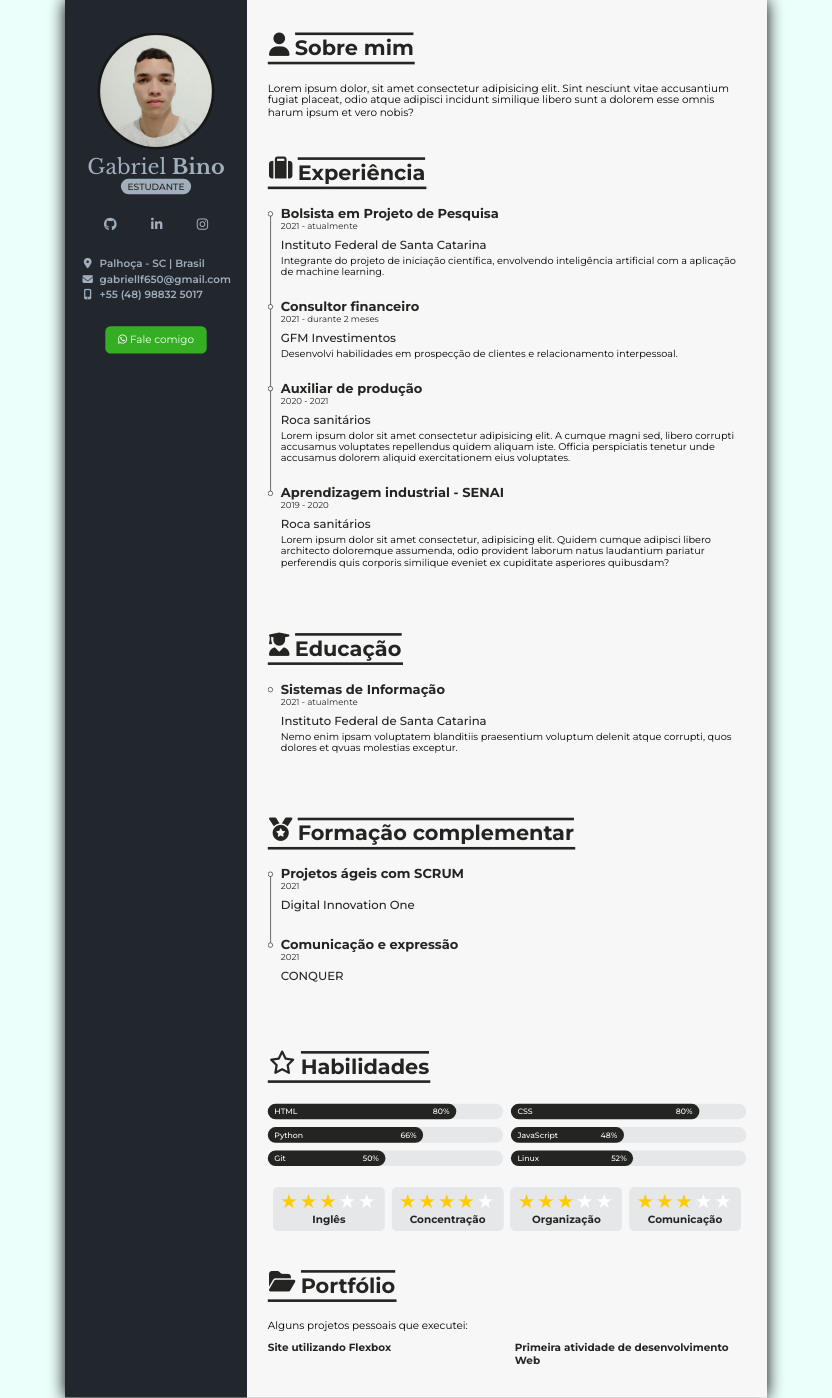
Repository: gabrielbino/curriculoResponsivo
Page: index.html
An editor plug-in stored every save of this project. The page is shown before and after the next save, followed by the edit.
The browser window is 1280 px wide. The pictures show the whole page, at 65% of full size.
Some web libraries are served in a nearby version.

Above is the page before, as saved 2021-10-20 23:12:27.

After the next save:
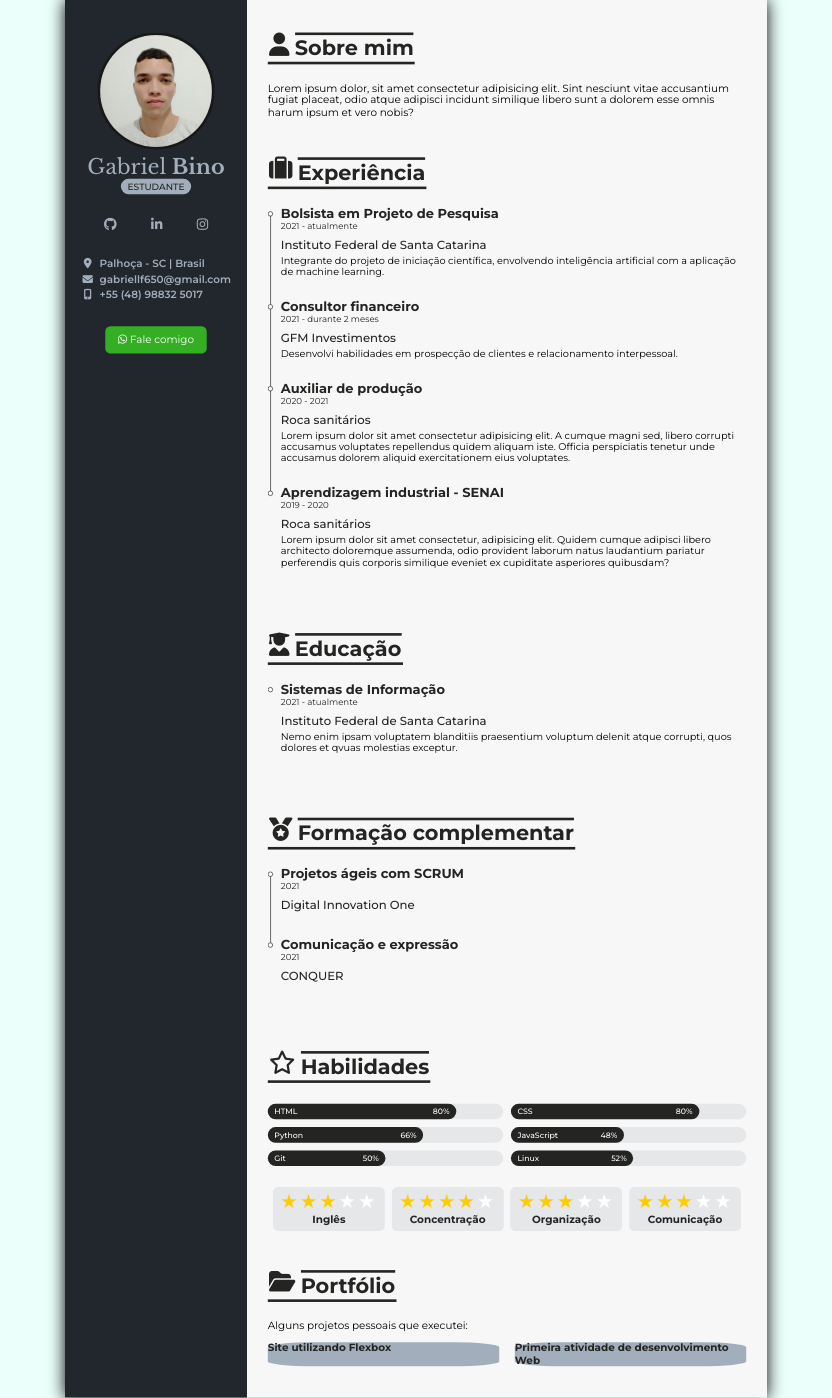
Saved 77 s later.
--- a/css/style.css
+++ b/css/style.css
@@ -287,6 +287,8 @@
   margin-bottom: 24px;
   color: #242423;
   font-weight: 800;
+  border-radius: 20%;
+  background-color: #a2aebb ;
   text-decoration: none;
   width: calc(50% - 12px);
 }

After the save that followed:
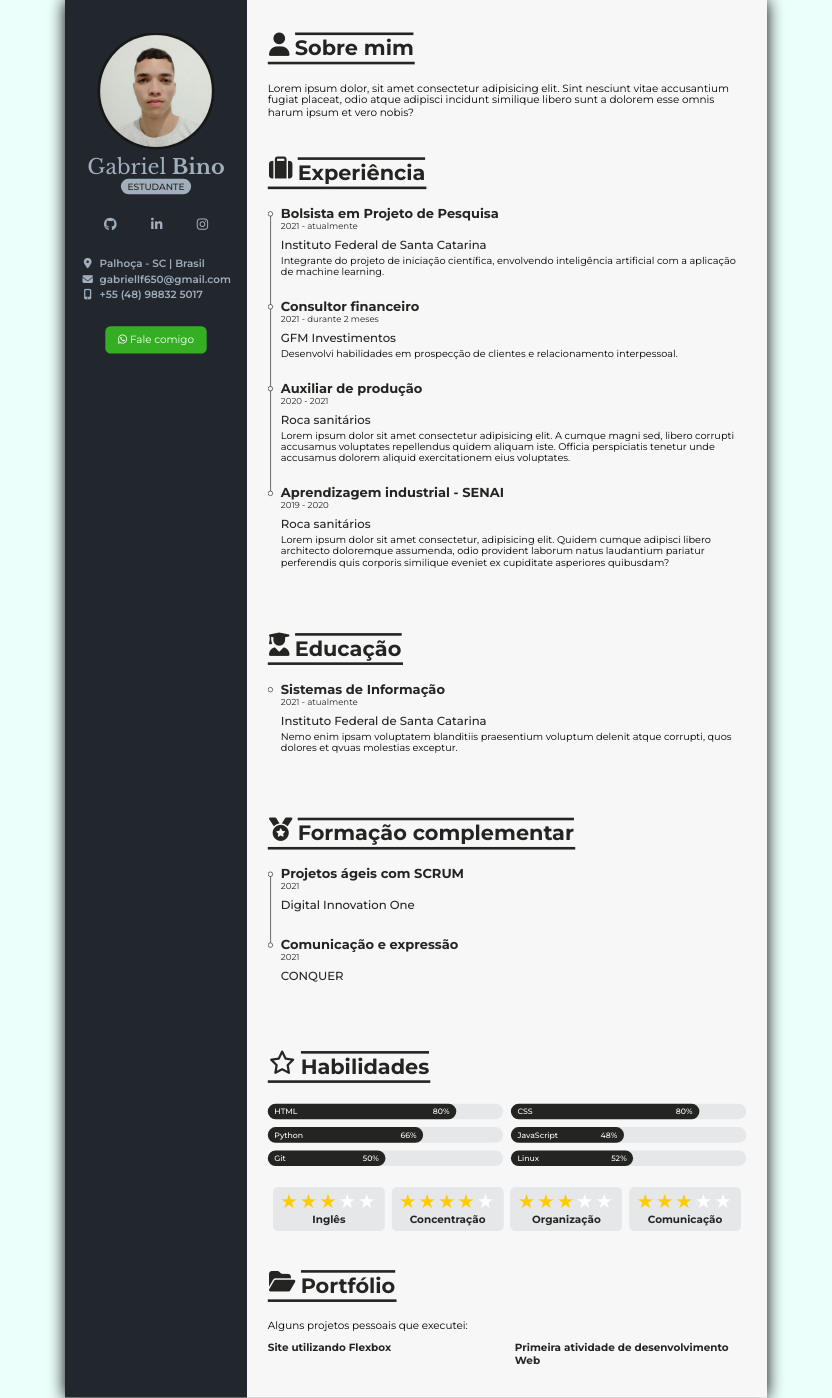
Saved 24 s later.
--- a/css/style.css
+++ b/css/style.css
@@ -287,8 +287,6 @@
   margin-bottom: 24px;
   color: #242423;
   font-weight: 800;
-  border-radius: 20%;
-  background-color: #a2aebb ;
   text-decoration: none;
   width: calc(50% - 12px);
 }
